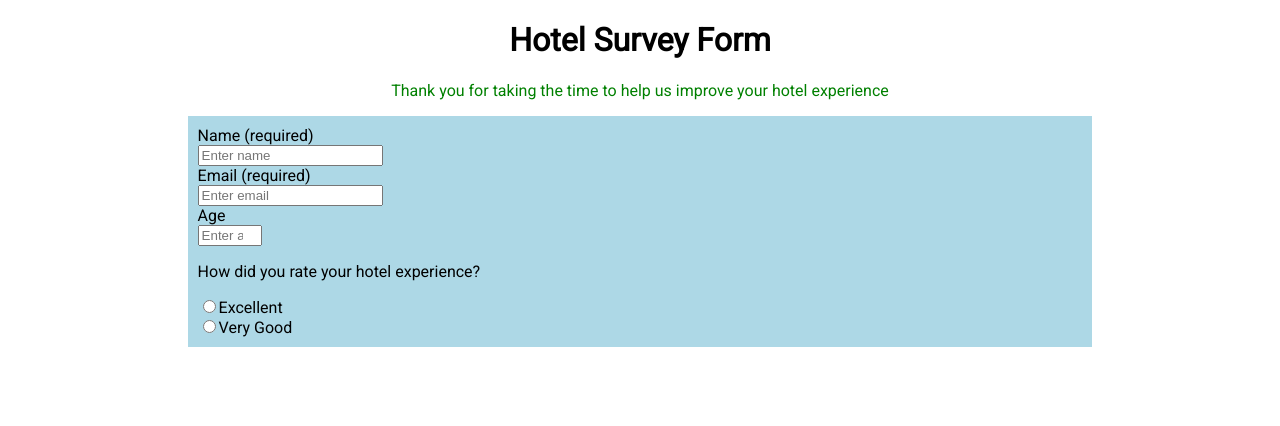
Repository: derektypist/survey-form
Page: index.html
The author's editor kept a record of every edit. The page is drawn from the files as they stood at one moment, then again after the next edit.
The browser window is 1280 px wide. The pictures show the whole page.

Above is the page before.

After the next edit:
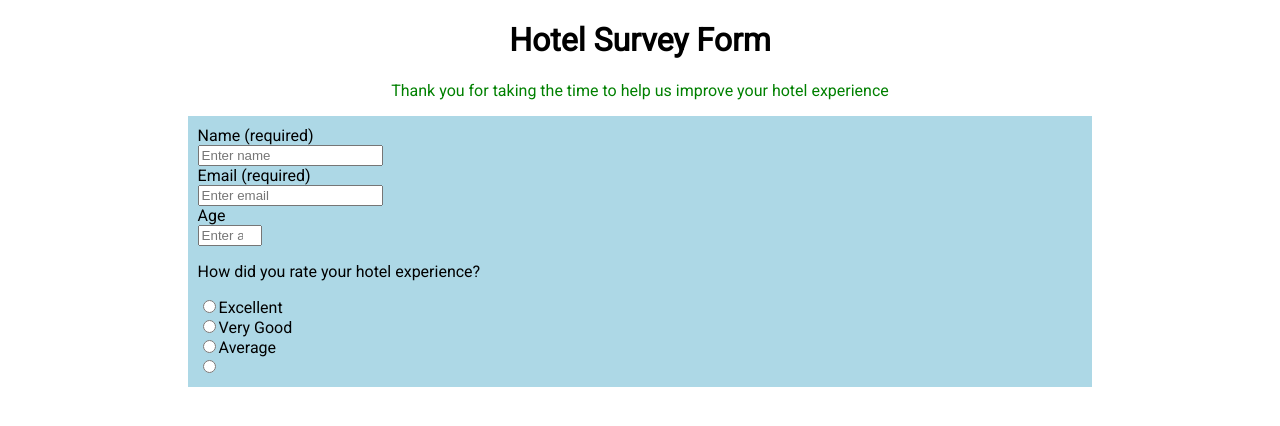
The edit:
--- a/index.html
+++ b/index.html
@@ -68,6 +68,9 @@
                 <br>
                 <input type="radio" name="experience" value="Very Good">Very Good
                 <br>
+                <input type="radio" name="experience" value="Average">Average
+                <br>
+                <input type="radio" name="experience" value=""
             </form>
         </section>
     </main>
